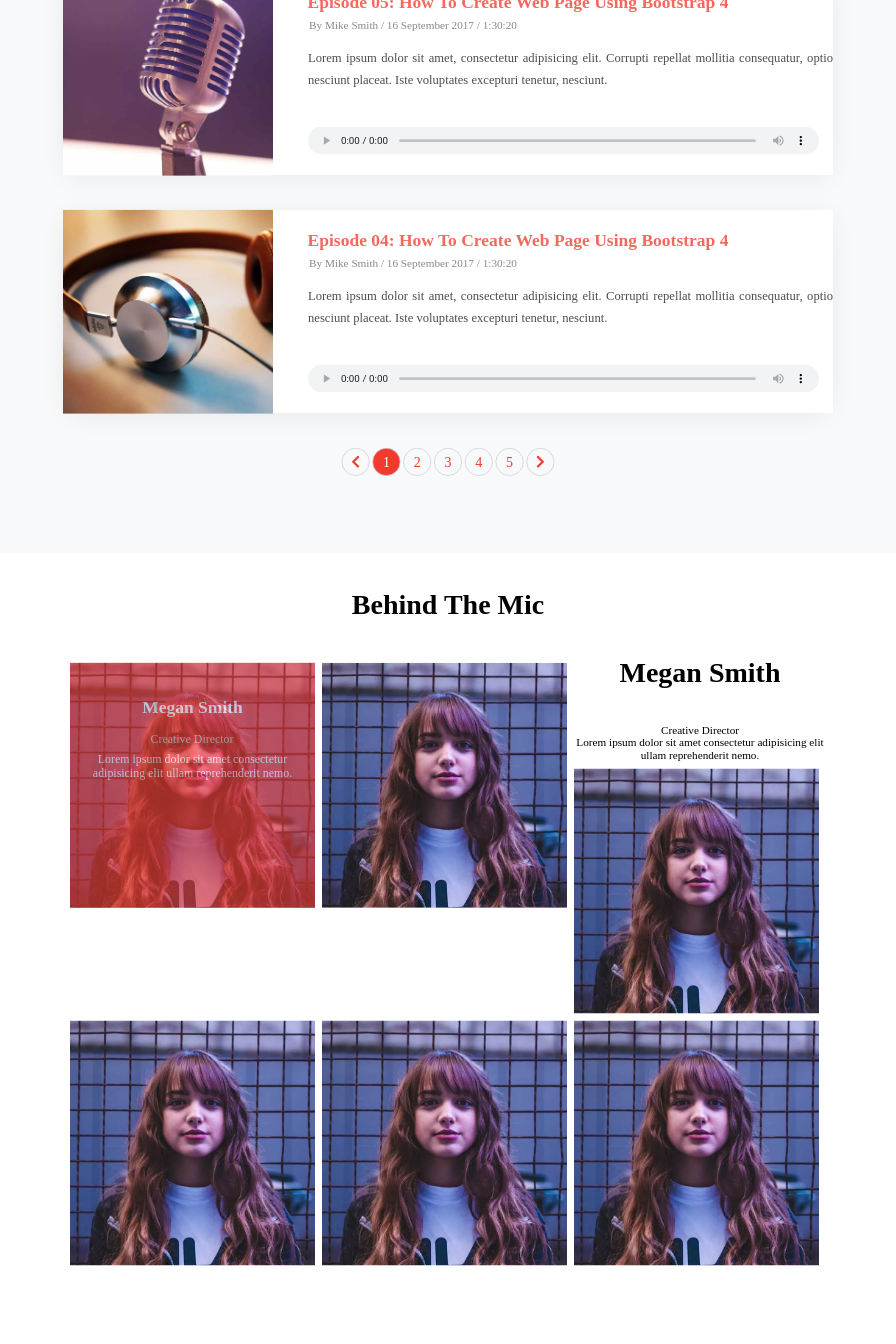
Repository: nhutduy0803/template2
Page: index.html
These files come from the project's save history. The page is drawn as it stood at one moment and after a run of saves; the edit follows.
The browser window is 1280 px wide. The pictures show the part of the page from y = 2077 to 3997 px (the page is 3997 px tall), at 70% of full size.

Above is the page before, as saved 2021-12-09 14:45:47.

### index.html
<!DOCTYPE html>
<html lang="en">
  <head>
    <meta charset="UTF-8" />
    <meta http-equiv="X-UA-Compatible" content="IE=edge" />
    <meta name="viewport" content="width=device-width, initial-scale=1.0" />
    <link rel="stylesheet" href="./assets/css/style.css" />
    <link
      rel="stylesheet"
      href="./assets/css/font/fontawesome-free-5.15.4-web/css/all.min.css"
    />
    <title>Document</title>
  </head>
  <body>
    <script src="./main.js"></script>
    <div class="slider">
      <h2>Podca</h2>
      <img
        src="./assets/css/img/xhero_bg_1.jpg.pagespeed.ic.EJCcE-mhd6.webp"
        alt=""
      />
      <h3>Episode 09: How To Create Web Page Using Bootstrap 4</h3>
      <span>By Mike Smith | 16 September 2017 | 1:30:20</span>
      <div class="subslider">READ THE TRANSCRIPT</div>
      <div class="menu" onclick="openmenu()">
        <i class="fas fa-bars"></i>
      </div>
      <div class="sub-menu">
        <i class="fas fa-times" onclick="closemenu()"></i>
        <div class="home-menu">
          <p>Home</p>
          <i onclick="subhome()" class="fas fa-caret-down"></i>

          <div class="sub-home">
            <li>Menu One</li>
            <li>Menu Two</li>
            <li>Menu Three</li>
            <li>Sub Menu</li>
          </div>
          <div class="drop-down">
            <p>DropDown</p>
            <i onclick="subdropdown() " class="fas fa-caret-down"></i>
            <div class="sub-dropdown">
              <li>Menu One</li>
              <li>Menu two</li>
              <li>Menu three</li>
            </div>
          </div>

          <p>About</p>
          <p>Contact</p>
        </div>
      </div>
    </div>
    <div class="audio">
      <audio class="audio-one" controls>
        <source src="" type="audio/ogg" />
        <source src="" type="audio/mpeg" />
      </audio>
    </div>
    <div class="RecentPodcasts">
      <h2>Recent Podcasts</h2>
      <div class="container">
        <div class="img-pod">
          <img src="./assets/css/img/pod1.webp" alt="" />
        </div>
        <div class="content-pod">
          <h3>Episode 08: How To Create Web Page Using Bootstrap 4</h3>
          <span>By Mike Smith / 16 September 2017 / 1:30:20</span>
          <p>
            Lorem ipsum dolor sit amet, consectetur adipisicing elit. Corrupti
            repellat mollitia consequatur, optio nesciunt placeat. Iste
            voluptates excepturi tenetur, nesciunt.
          </p>
          <audio class="audiopod" controls>
            <source src="" type="audio/mpeg" />
          </audio>
        </div>
      </div>
      <div class="container">
        <div class="img-pod">
          <img src="./assets/css/img/pod2.webp" alt="" />
        </div>
        <div class="content-pod">
          <h3>Episode 07: How To Create Web Page Using Bootstrap 4</h3>
          <span>By Mike Smith / 16 September 2017 / 1:30:20</span>
          <p>
            Lorem ipsum dolor sit amet, consectetur adipisicing elit. Corrupti
            repellat mollitia consequatur, optio nesciunt placeat. Iste
            voluptates excepturi tenetur, nesciunt.
          </p>
          <audio class="audiopod" controls>
            <source src="" type="audio/mpeg" />
          </audio>
        </div>
      </div>
      <div class="container">
        <div class="img-pod">
          <img src="./assets/css/img/pod3.webp" alt="" />
        </div>
        <div class="content-pod">
          <h3>Episode 06: How To Create Web Page Using Bootstrap 4</h3>
          <span>By Mike Smith / 16 September 2017 / 1:30:20</span>
          <p>
            Lorem ipsum dolor sit amet, consectetur adipisicing elit. Corrupti
            repellat mollitia consequatur, optio nesciunt placeat. Iste
            voluptates excepturi tenetur, nesciunt.
          </p>
          <audio class="audiopod" controls>
            <source src="" type="audio/mpeg" />
          </audio>
        </div>
      </div>
      <div class="container">
        <div class="img-pod">
          <img src="./assets/css/img/pod4.webp" alt="" />
        </div>
        <div class="content-pod">
          <h3>Episode 05: How To Create Web Page Using Bootstrap 4</h3>
          <span>By Mike Smith / 16 September 2017 / 1:30:20</span>
          <p>
            Lorem ipsum dolor sit amet, consectetur adipisicing elit. Corrupti
            repellat mollitia consequatur, optio nesciunt placeat. Iste
            voluptates excepturi tenetur, nesciunt.
          </p>
          <audio class="audiopod" controls>
            <source src="" type="audio/mpeg" />
          </audio>
        </div>
      </div>
      <div class="container">
        <div class="img-pod">
          <img src="./assets/css/img/pod5.webp" alt="" />
        </div>
        <div class="content-pod">
          <h3>Episode 04: How To Create Web Page Using Bootstrap 4</h3>
          <span>By Mike Smith / 16 September 2017 / 1:30:20</span>
          <p>
            Lorem ipsum dolor sit amet, consectetur adipisicing elit. Corrupti
            repellat mollitia consequatur, optio nesciunt placeat. Iste
            voluptates excepturi tenetur, nesciunt.
          </p>
          <audio class="audiopod" controls>
            <source src="" type="audio/mpeg" />
          </audio>
        </div>
      </div>
    </div>
    <div class="list-pod">
      <li><i class="fas fa-chevron-left"></i></li>
      <li>1</li>
      <li>2</li>
      <li>3</li>
      <li>4</li>
      <li>5</li>
      <li><i class="fas fa-chevron-right"></i></li>
    </div>
    <div class="BehindTheMic">
      <h2>Behind The Mic</h2>
      <div class="container-behind">
        <div class="picture-behind">
          <img src="./assets/css/img/behind1.webp" alt="" />
        </div>
        <div class="content-behind">
          <h2>Megan Smith</h2>
          <span>Creative Director</span>
          <p>
            Lorem ipsum dolor sit amet consectetur adipisicing elit ullam
            reprehenderit nemo.
          </p>
          <div class="icon-behind"></div>
        </div>

        <div class="picture-behind">
          <img src="./assets/css/img/behind1.webp" alt="" />
        </div>
        <div class="content-behind2">
          <h2>Megan Smith</h2>
          <span>Creative Director</span>
          <p>
            Lorem ipsum dolor sit amet consectetur adipisicing elit ullam
            reprehenderit nemo.
          </p>
          <div class="icon-behind"></div>
        </div>
        <div class="picture-behind">
          <img src="./assets/css/img/behind1.webp" alt="" />
        </div>
        <div class="picture-behind">
          <img src="./assets/css/img/behind1.webp" alt="" />
        </div>
        <div class="picture-behind">
          <img src="./assets/css/img/behind1.webp" alt="" />
        </div>
        <div class="picture-behind">
          <img src="./assets/css/img/behind1.webp" alt="" />
        </div>
      </div>
      <!-- <div class="container-behind">
        <div class="picture-behind">
          <img src="./assets/css/img/behind1.webp" alt="" />
        </div>
      </div>
      <div class="container-behind">
        <div class="picture-behind">
          <img src="./assets/css/img/behind1.webp" alt="" />
        </div>
      </div>
      <div class="container-behind">
        <div class="picture-behind">
          <img src="./assets/css/img/behind1.webp" alt="" />
        </div>
      </div>
      <div class="container-behind">
        <div class="picture-behind">
          <img src="./assets/css/img/behind1.webp" alt="" />
        </div>
      </div>
      <div class="container-behind">
        <div class="picture-behind">
          <img src="./assets/css/img/behind1.webp" alt="" />
        </div>
      </div> -->
    </div>
  </body>
</html>

### assets/css/style.css
* {
  margin: 0;
  padding: 0;
  box-sizing: border-box;
}

.slider {
  width: 100%;
  height: 100vh;
  position: relative;
}

.slider::before {
  content: " ";
  position: absolute;
  top: 0;
  left: 0;
  right: 0;
  bottom: 0;
  background-color: rgba(0, 0, 0, 0.4);
}

.slider img {
  width: 100%;
  height: 100%;
}

.slider h2 {
  position: absolute;
  top: 50px;
  left: 50px;
  color: #fff;
  font-size: 40px;
}
.menu {
  position: absolute;
  right: 50px;
  top: 50px;
  font-size: 30px;
  color: #fff;
}

.slider h3 {
  text-align: center;
  position: absolute;
  transform: translate(-50%);
  top: 30%;
  left: 50%;
  color: #fff;
  font-size: 40px;
  line-height: 1.6;
  font-size: 50px;
}

.slider span {
  position: absolute;
  top: 58%;
  left: 50%;
  transform: translate(-50%);
  color: #ffffff80;
}

.subslider {
  width: 250px;
  background-color: #f23a2e;
  display: flex;
  justify-content: center;
  align-items: center;
  color: #fff;
  font-size: 15px;
  letter-spacing: 2px;
  height: 60px;
  position: absolute;
  top: 65%;
  left: 50%;
  transform: translate(-50%);
  transition: 0.3s;
  border-radius: 5px;
}

.subslider:hover {
  position: absolute;
  top: 64%;
  box-shadow: 0 5px 20px -7px rgba(0, 0, 0, 0.9);
  transition: 0.3s;
}

.sub-menu {
  width: 300px;
  background-color: #fff;
  position: absolute;
  right: -300px;
  top: 0;
  height: 100vh;
  position: fixed;
  transition: 0.3s;
  box-shadow: 0 0 10px rgba(0, 0, 0, 0.4);
}

.sub-menu.openmenu {
  transition: 0.3s;
  right: 0;
}

.sub-menu .fas {
  position: absolute;
  font-size: 25px;
  right: 15px;
  top: 15px;
  transition: 0.2s;
}

.sub-menu .fas:hover {
  transition: 0.2s;
  color: rgb(104, 103, 103);
}

.home-menu {
  margin-top: 100px;
  font-size: 20px;
  margin-left: 15%;
}

.home-menu p {
  margin-bottom: 30px;
  color: #212529;
  transition: 0.3s;
}

.home-menu p:nth-child(2) {
  width: 100%;
  background-color: #fff;
  height: 200px;
}

.home-menu p:hover {
  transition: 0.3s;
  color: #f00;
}

.fa-caret-down {
  margin-top: 85px;
  margin-right: 20px;
}

.drop-down {
  position: relative;
}

.drop-down .fa-caret-down {
  position: absolute;
  top: -85px;
}
.sub-home {
  margin-top: -20px;
  width: 200px;
  height: 0px;
  background-color: #fff;
  visibility: hidden;
  transition: 0.5s;
  opacity: 0;
  margin-bottom: 20px;
}

.sub-home.opensubhome {
  height: 170px;
  visibility: inherit;
  transition: 0.5s;
  opacity: 1;
}

.sub-home li {
  padding: 10px 0px;
  font-weight: 300;
  margin-left: 30px;
  font-size: 17px;
  list-style-type: none;
  /* transition: 0.3s; */
}

.sub-home li:hover {
  transition: 0.3s;
  color: #f00;
}

.sub-dropdown {
  margin-top: -20px;
  background-color: #fff;
  height: 0px;
  width: 200px;
  visibility: hidden;
  transition: 0.3s;
  opacity: 0;
  margin-bottom: 20px;
}

.sub-dropdown li {
  padding-top: 22.5px;
  margin-left: 30px;
  font-weight: 300;
  font-size: 17px;
  list-style-type: none;
  transition: 0.3s;
}

.sub-dropdown li:hover {
  transition: 0.3s;
  color: #f00;
}

.sub-dropdown.opensubdropdown {
  opacity: 1;
  visibility: inherit;
  transition: 0.3s;
  height: 150px;
}

.audio {
  display: flex;
  justify-content: center;
  align-items: center;
  width: 100%;
  background-color: #f8f9fa;
  height: 200px;
}

.audio-one {
  width: 750px;
  height: 40px;
}

.RecentPodcasts {
  background: #f8f9fa;
  height: auto;
  width: 100%;
  text-align: center;
}

.RecentPodcasts h2 {
  font-size: 40px;
  margin-bottom: 50px;
}

.container {
  width: 1100px;
  height: 290px;
  position: relative;
  margin: auto;
  box-shadow: 0 5px 40px -10px rgb(0 0 0 / 10%);
  margin-top: 50px;
}

.img-pod {
  position: absolute;
  top: 0;
  left: 0;
  height: 290px;
  width: 300px;
}

.img-pod img {
  width: 100%;
  height: 100%j;
}

.content-pod {
  padding-top: 30px;
  background: #fff;
  height: 100%;
}

.content-pod h3 {
  font-size: 25px;
  margin-left: 200px;
  color: #f23b2ec4;
  margin-bottom: 10px;
}

.content-pod span {
  margin-left: -100px;
  color: #888;
}

.content-pod p {
  line-height: 1.8;
  margin-top: 20px;
  text-align: justify;
  margin-left: 350px;
  font-size: 18px;
  color: #4d4d4d;
  font-weight: 300;
}

.audiopod {
  margin-top: 50px;
  width: 730px;
  height: 40px;
  margin-left: 330px;
}

.list-pod {
  background: #f8f9fa;
  height: 200px;
  width: 100%;
  text-align: center;
}

.list-pod li {
  padding-top: 7.5px;
  margin-top: 50px;
  list-style-type: none;
  border-radius: 50%;
  height: 40px;
  width: 40px;
  border: 1px solid #ccc;
  display: inline-block;
  color: #f23a2e;
  font-size: 20px;
}

.list-pod li:nth-child(2) {
  font-size: 20px;
  color: #fff;
  background: #f23a2e;
}

.BehindTheMic {
  width: 100%;
  height: 150vh;
  background: #fff;
  text-align: center;
}

.BehindTheMic h2 {
  margin-top: 50px;
  font-size: 40px;
  margin-bottom: 50px;
}

.container-behind {
  margin: auto;
  width: 1100px;
}

.picture-behind {
  margin-left: 10px;
  float: left;
  width: 350px;
  height: 350px;
  overflow: hidden;
  margin-top: 10px;
  position: relative;
}

.picture-behind img {
  width: 100%;
  height: 100%;
  transition: 0.3s;
  position: relative;
  z-index: 0;
}

/* .picture-behind::before {
  position: absolute;
  z-index: 2;
  opacity: 0.6;
  content: " ";
  background-color: #f23a2e;
  height: 350px;
  width: 350px;
} */

.content-behind {
  margin-top: 10px;
  margin-left: 10px;
  width: 350px;
  height: 350px;
  position: absolute;
  background-color: #f23a2e;
  opacity: 0.6;
  padding: 0 20px;
}

.content-behind h2 {
  color: #fff;
  font-size: 25px;
}
.content-behind span {
  position: absolute;
  top: 100px;
  left: 115px;
  color: #ddd;
  font-size: 17px;
}

.content-behind p {
  color: #fff;
  text-align: center;
  font-size: 17px;
}

### main.js
function openmenu() {
  var openmenu = document.querySelector(".sub-menu");
  openmenu.classList.add("openmenu");
}

function closemenu() {
  var openmenu = document.querySelector(".sub-menu");
  openmenu.classList.remove("openmenu");
}

function subhome() {
  var opensubhome = document.querySelector(".sub-home");
  opensubhome.classList.toggle("opensubhome");
}

function subdropdown() {
  var subdropdown = document.querySelector(".sub-dropdown");
  subdropdown.classList.toggle("opensubdropdown");
}

Loaded but not shown: assets/css/font/fontawesome-free-5.15.4-web/css/all.min.css (library)

After the next 7 saves:
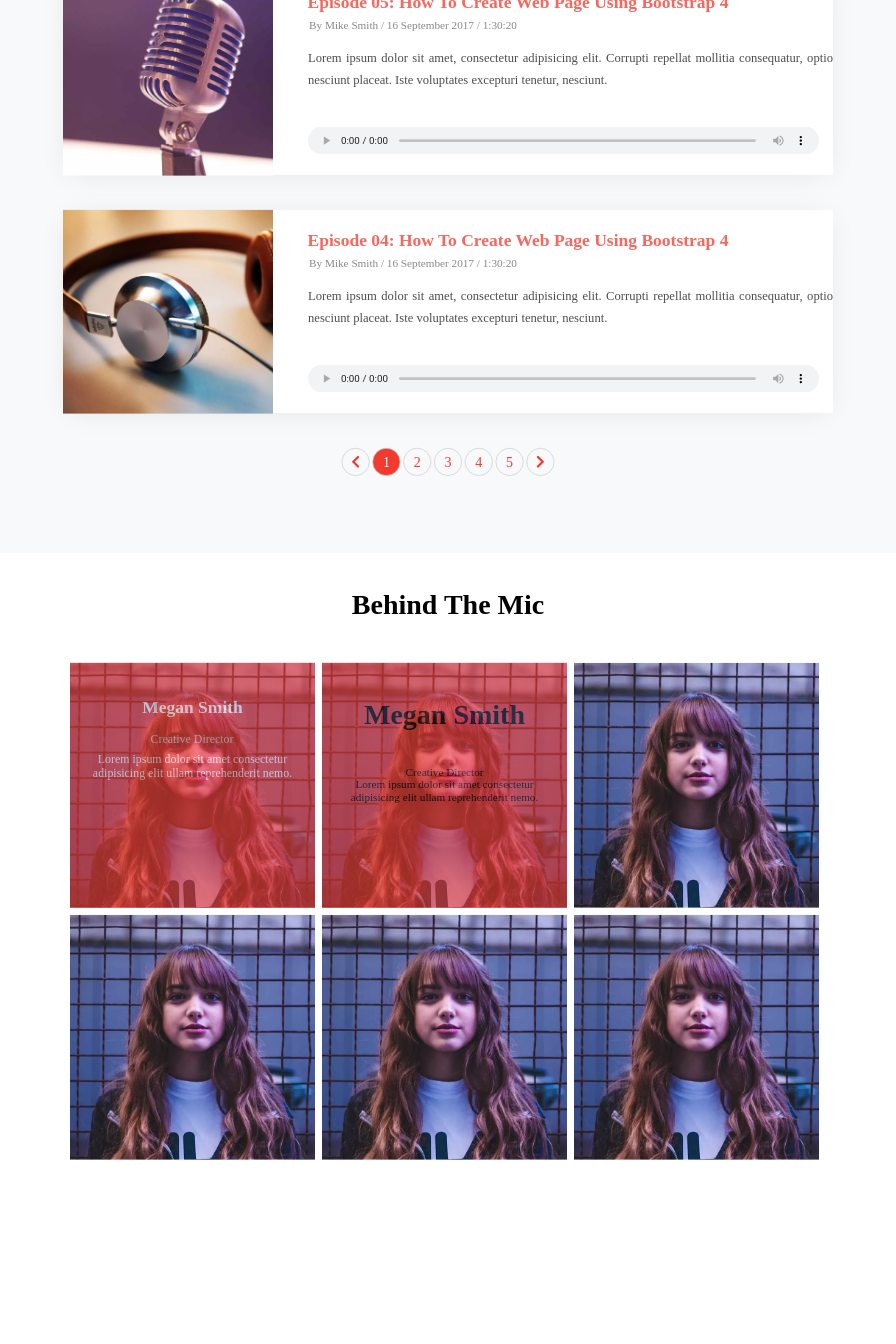
The 7 saves are shown as one change because they came seconds apart.
The last was saved 35 s later.
--- a/assets/css/style.css
+++ b/assets/css/style.css
@@ -381,6 +381,17 @@
   padding: 0 20px;
 }
 
+.content-behind2 {
+  margin-top: 10px;
+  margin-left: 370px;
+  width: 350px;
+  height: 350px;
+  position: absolute;
+  background-color: #f23a2e;
+  opacity: 0.6;
+  padding: 0 20px;
+}
+
 .content-behind h2 {
   color: #fff;
   font-size: 25px;
